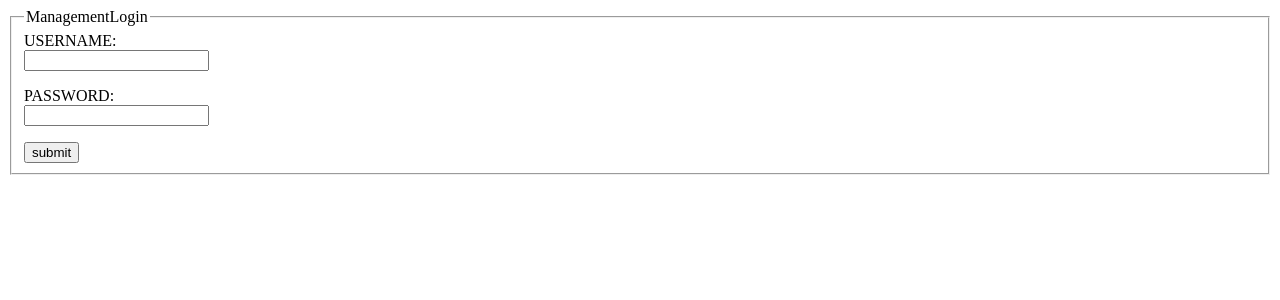
Repository: JanapatlaManojReddy/java
Page: http://localhost/institutionProject/ManagementLogin.jsp
An editor plug-in stored every save of this project. The page is shown before and after the next save, followed by the edit.
The browser window is 1280 px wide. The pictures show the whole page.
The page is served by Tomcat 9.

Above is the page before, as saved 2023-08-20 17:30:34.

After the next save:
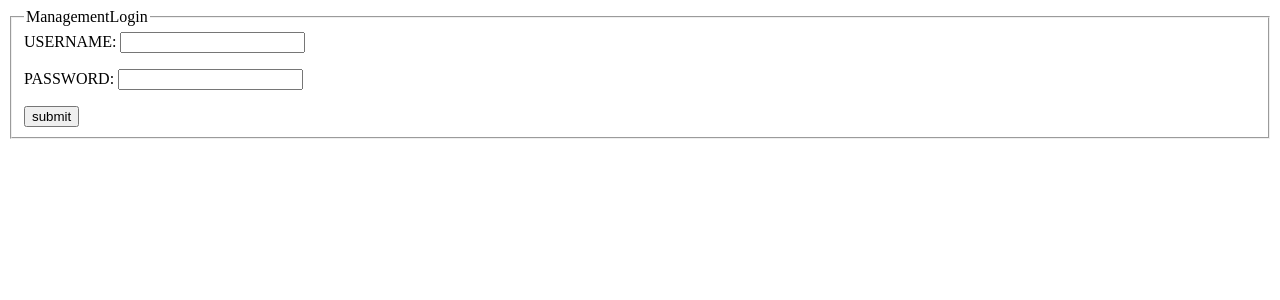
Saved 4 min 18 s later.
--- a/institutionProject/src/main/webapp/ManagementLogin.jsp
+++ b/institutionProject/src/main/webapp/ManagementLogin.jsp
@@ -15,15 +15,15 @@
 <form  name="myform" action="ManagerServlet" onsubmit="return validation()" method="post">
 <fieldSet>
 <legend>ManagementLogin</legend>
-
-<div id="usname">USERNAME:</div>
+<div>
+<lable id="usname">USERNAME:</lable>
 <input type="text" name="username">
 <p id="user"></p>
-<div id="psword">PASSWORD:</div>
+<lable id="psword">PASSWORD:</lable>
 <input type="password" name="password">
 <p id="pass"></p>
 <input type="submit" value="submit">
-
+</div>
 </fieldSet>
 </form>
 
